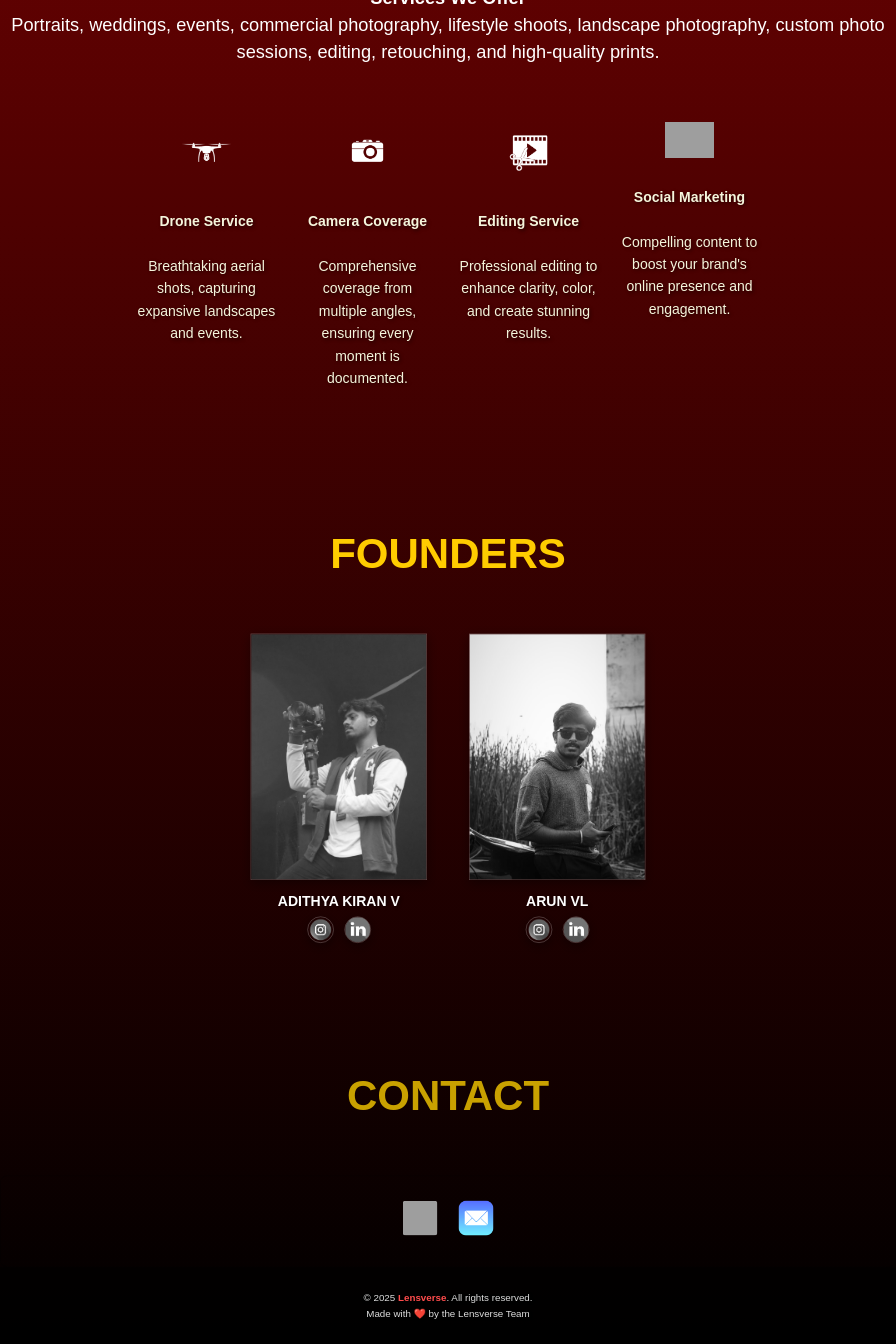
Repository: adithyakiran47/lensverse-frontend
Page: / (app in frontend/)
The author's editor kept a copy of each file at every save. The page is drawn from the files as they stood at one save, then again after the next save.
The browser window is 1280 px wide. The pictures show the part of the page from y = 1363 to 3283 px (the page is 3283 px tall before and 3279 px after), at 70% of full size.
Pictures or frames that could not be fetched are drawn as grey boxes. The project was rebuilt for these pictures with package versions that can differ from the ones it lists, and the page was loaded fresh each time. Also part of the build but not shown: frontend/src/components/BookingForm.js.

Above is the page before, as saved 2025-06-20 14:22:39.

After the next save:
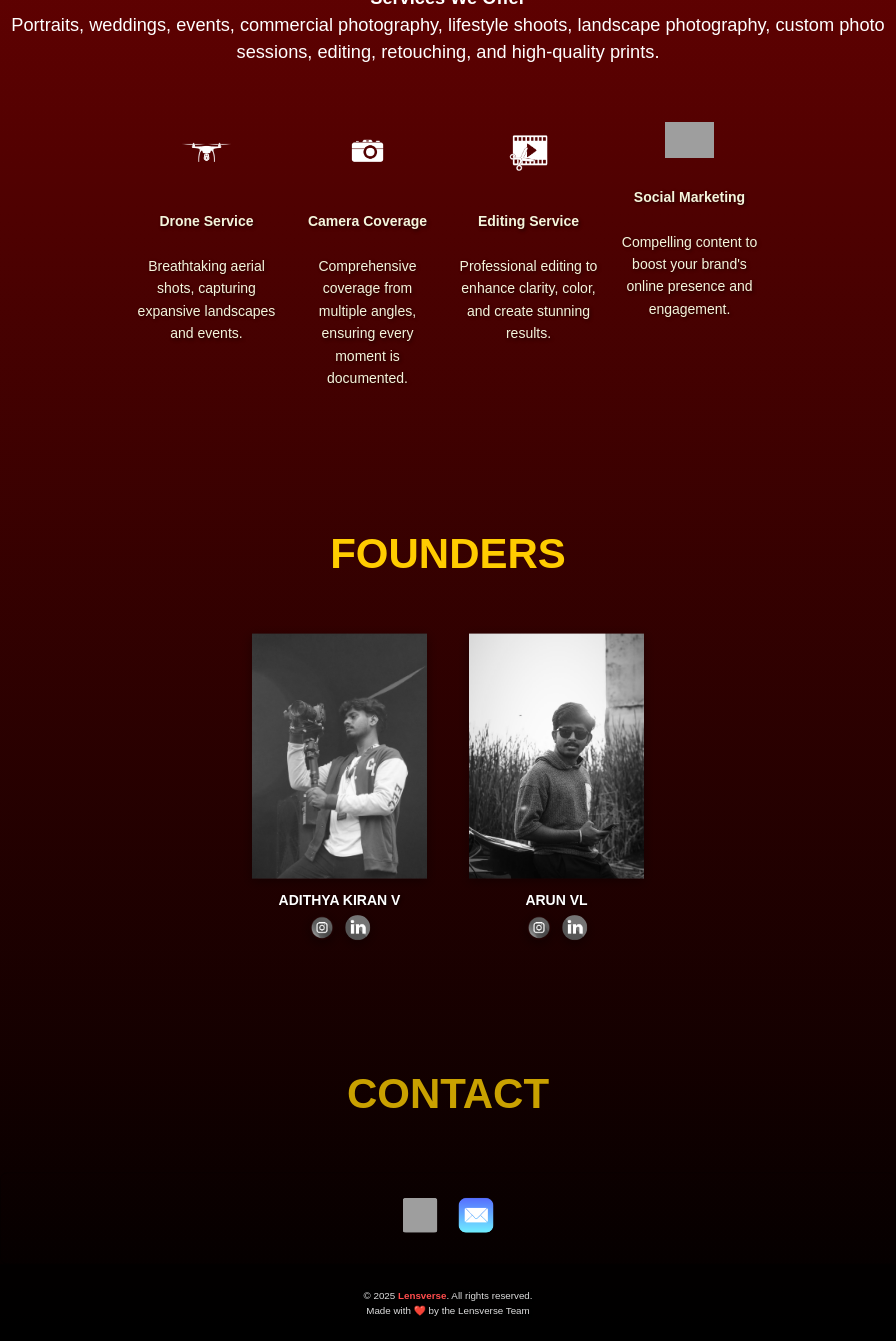
Saved 14 s later.
--- a/frontend/src/components/Team.css
+++ b/frontend/src/components/Team.css
@@ -32,7 +32,7 @@
   height: 350px; /* Recommended size */
   object-fit: cover;
   /*border-radius: 12px;*/
-  border: 1px solid rgba(255, 255, 255, 0.3);
+  /*border: 1px solid rgba(255, 255, 255, 0.3);*/
   box-shadow: 0 4px 15px rgba(0, 0, 0, 0.4);
   filter: grayscale(100%);
   transition: filter 0.4s ease, transform 0.3s ease;
